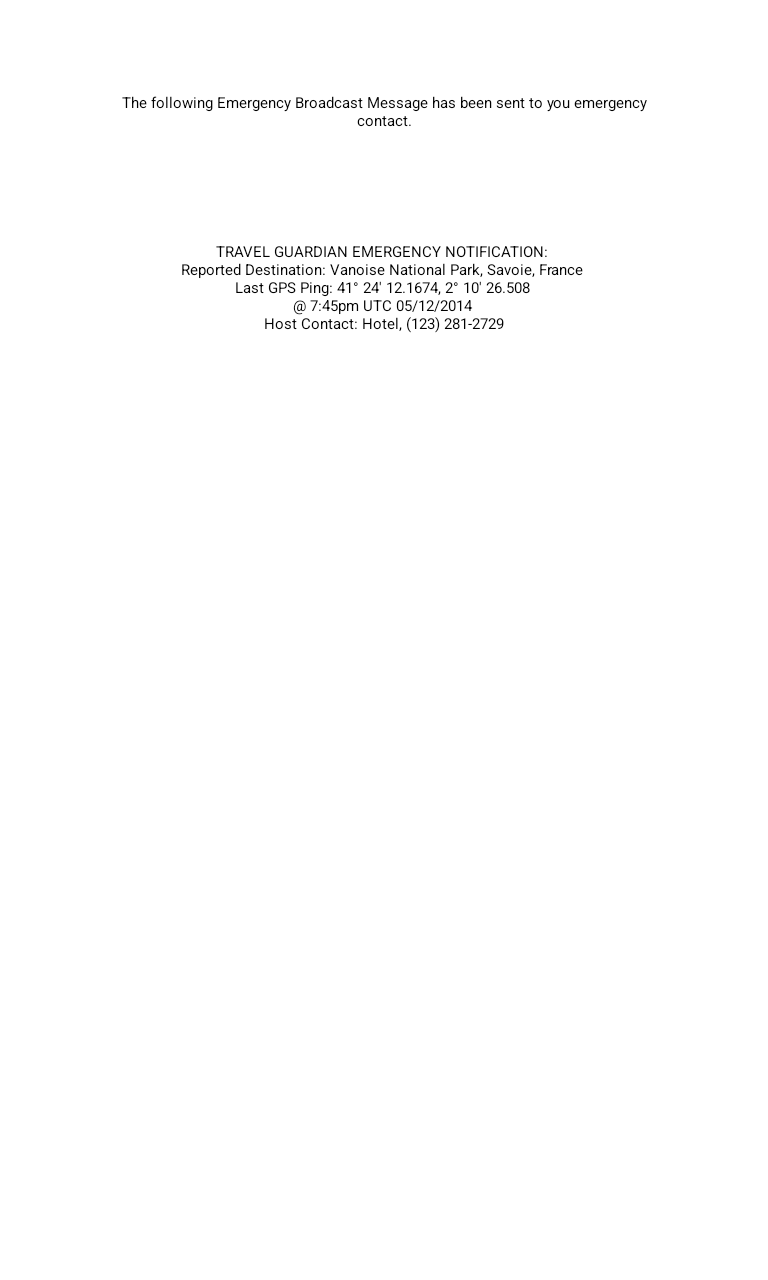
Repository: leo195162839/Test-Repo
Layout: TravelGuardian/res/layout/fragment_broadcast.xml
These files come from the project's save history. The layout is drawn as it stood at one moment and after the next save; the edit follows.
It is drawn on a 768 x 1280 px phone screen (xhdpi) without system bars, with theme Theme.Base.AppCompat; the app's code is not run.

Above is the layout before, as saved 2014-06-15 17:28:20.

After the next save:
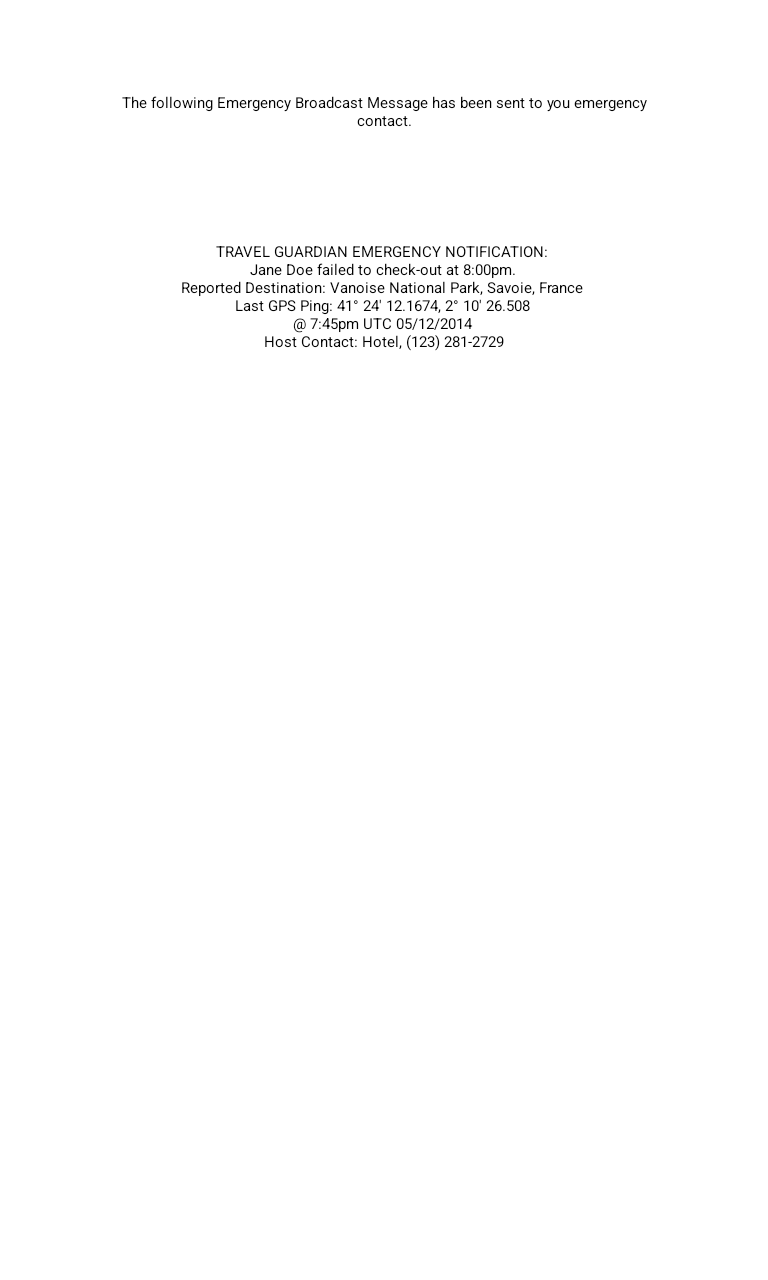
Saved 4 s later.
--- a/TravelGuardian/res/values/strings.xml
+++ b/TravelGuardian/res/values/strings.xml
@@ -29,7 +29,7 @@
     <string name="title_activity_broadcast">Broadcast</string>
     <string name="Sent_Notification">The following Emergency Broadcast Message has been sent to you emergency contact.</string>
     <string name="Broadcast_Message">TRAVEL GUARDIAN EMERGENCY NOTIFICATION:
-
+                                     \nJane Doe failed to check-out at 8:00pm.
                                      \nReported Destination: Vanoise National Park, Savoie, France
                                      \nLast GPS Ping: 41° 24' 12.1674", 2° 10' 26.508"
                                      \n@ 7:45pm UTC 05/12/2014
